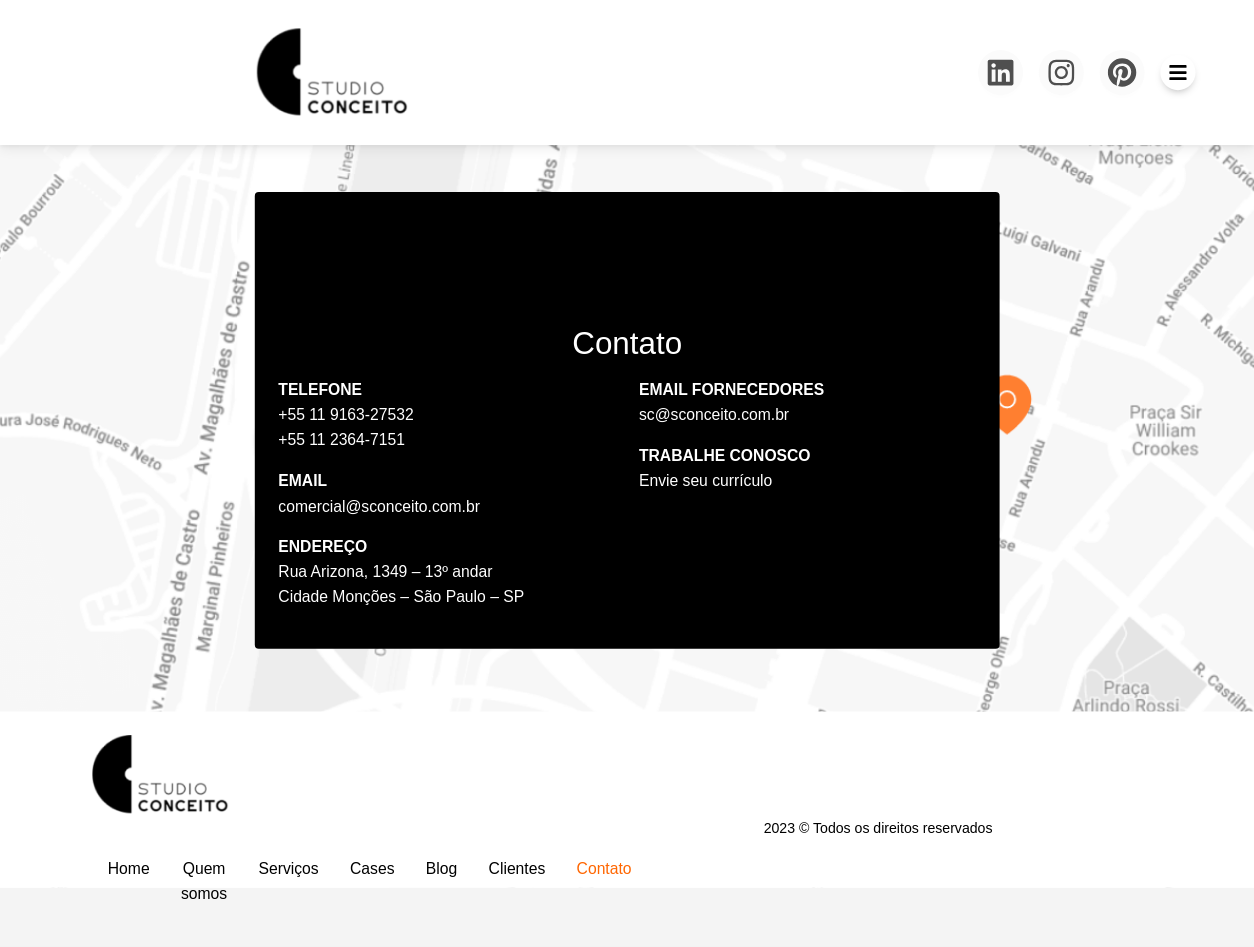
Repository: Upstairs-Agencia/studio-conceito-react
Page: /contato
An editor plug-in stored every save of this project. The page is shown before and after the next save, followed by the edit.
The browser window is 1280 px wide. The pictures show the whole page, at 98% of full size.
The project was rebuilt for these pictures with package versions that can differ from the ones it lists, and the page was loaded fresh each time. Also part of the build but not shown: src/pages/Home.js, src/pages/QuemSomos.js, src/pages/Servicos.js, src/pages/Cases.js, src/pages/Blog.js, src/pages/Clientes.js.

Above is the page before, as saved 2024-12-29 03:06:52.

After the next save:
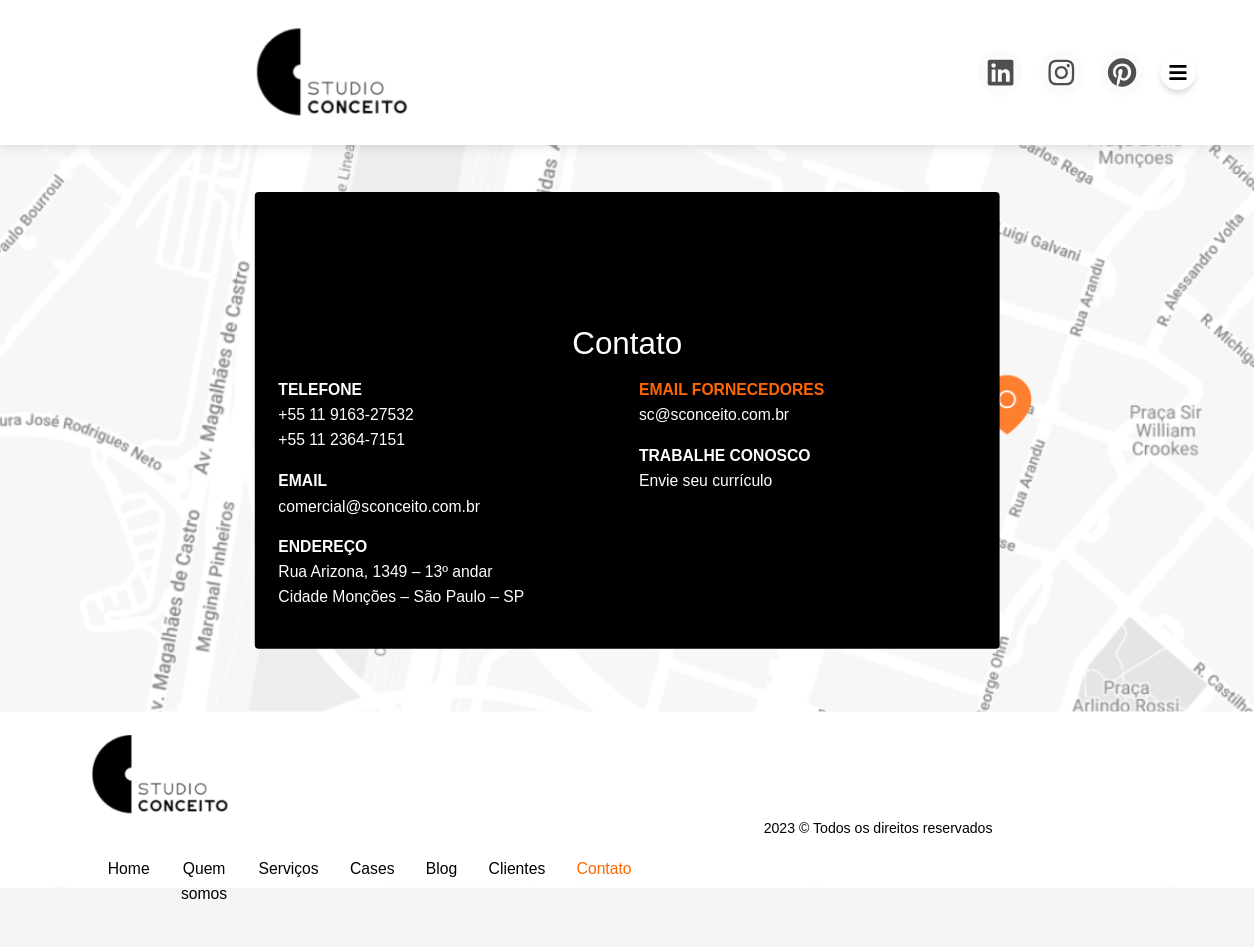
Saved 101 s later.
--- a/src/pages/Contato.js
+++ b/src/pages/Contato.js
@@ -47,7 +47,7 @@ const ContactPage = () => {
               </MDBCol>
               <MDBCol md="6" className="text-white">
                 <p>
-                  <strong>EMAIL FORNECEDORES</strong>
+                  <strong style={{color: `#ff6600`}}> EMAIL FORNECEDORES</strong>
                   <br />
                   sc@sconceito.com.br
                 </p>
